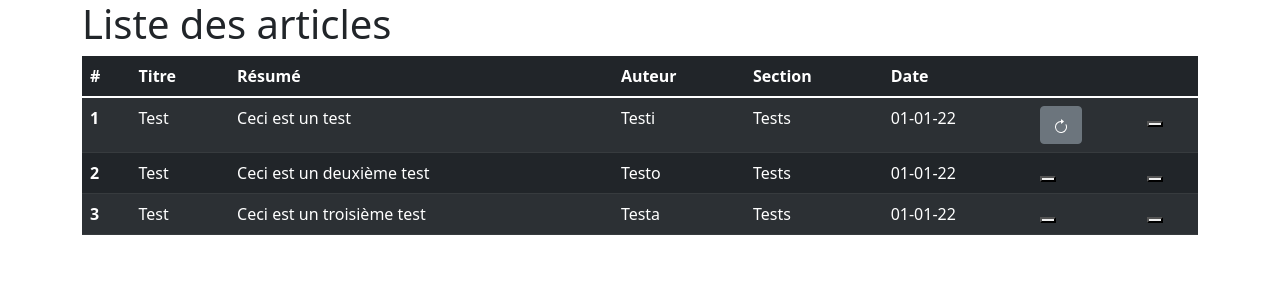
Repository: QuentinFayt/NewsWeb
Page: sources/adminNewsWeb/articlesList.html
An editor plug-in stored every save of this project. The page is shown before and after the next save, followed by the edit.
The browser window is 1280 px wide. The pictures show the whole page.

Above is the page before, as saved 2021-12-23 12:02:31.

### sources/adminNewsWeb/articlesList.html
<!doctype html>
<html lang="fr">

<head>
    <meta charset="utf-8">
    <meta name="viewport" content="width=device-width, initial-scale=1">
    <link href="https://cdn.jsdelivr.net/npm/bootstrap@5.1.3/dist/css/bootstrap.min.css" rel="stylesheet" integrity="sha384-1BmE4kWBq78iYhFldvKuhfTAU6auU8tT94WrHftjDbrCEXSU1oBoqyl2QvZ6jIW3" crossorigin="anonymous">
    <title>Liste des articles</title>
</head>

<body>
    <main class="container">
        <h1>Liste des articles</h1>
        <table class="table table-dark table-striped">
            <thead>
                <tr>
                    <th scope="col">#</th>
                    <th scope="col">Titre</th>
                    <th scope="col">Résumé</th>
                    <th scope="col">Auteur</th>
                    <th scope="col">Section</th>
                    <th scope="col">Date</th>
                    <th scope="col"></th>
                    <th scope="col"></th>
                </tr>
            </thead>
            <tbody>
                <tr>
                    <th scope="row">1</th>
                    <td>Test</td>
                    <td>Ceci est un test</td>
                    <td>Testi</td>
                    <td>Tests</td>
                    <td>01-01-22</td>
                    <td><button type="button" class="btn btn-secondary">
                            <svg xmlns="http://www.w3.org/2000/svg" width="16" height="16" fill="currentColor" class="bi bi-arrow-clockwise" viewBox="0 0 16 16">
                                <path fill-rule="evenodd" d="M8 3a5 5 0 1 0 4.546 2.914.5.5 0 0 1 .908-.417A6 6 0 1 1 8 2v1z"></path>
                                <path d="M8 4.466V.534a.25.25 0 0 1 .41-.192l2.36 1.966c.12.1.12.284 0 .384L8.41 4.658A.25.25 0 0 1 8 4.466z"></path>
                            </svg>
                        </button></td>
                    <td><button></button></td>
                </tr>
                <tr>
                    <th scope="row">2</th>
                    <td>Test</td>
                    <td>Ceci est un deuxième test</td>
                    <td>Testo</td>
                    <td>Tests</td>
                    <td>01-01-22</td>
                    <td><button></button></td>
                    <td><button></button></td>
                </tr>
                <tr>
                    <th scope="row">3</th>
                    <td>Test</td>
                    <td>Ceci est un troisième test</td>
                    <td>Testa</td>
                    <td>Tests</td>
                    <td>01-01-22</td>
                    <td><button></button></td>
                    <td><button></button></td>
                </tr>
            </tbody>
        </table>
    </main>
    <script src="https://cdn.jsdelivr.net/npm/bootstrap@5.1.3/dist/js/bootstrap.bundle.min.js" integrity="sha384-ka7Sk0Gln4gmtz2MlQnikT1wXgYsOg+OMhuP+IlRH9sENBO0LRn5q+8nbTov4+1p" crossorigin="anonymous"></script>
</body>

</html>

After the next save:
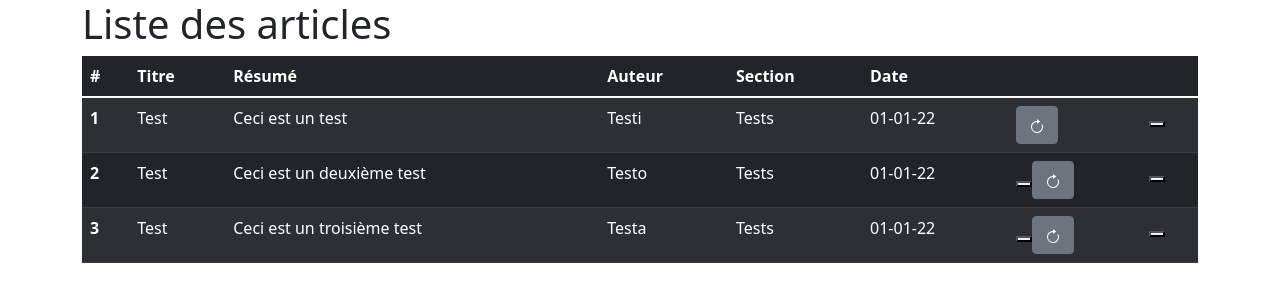
Saved 15 s later.
--- a/sources/adminNewsWeb/articlesList.html
+++ b/sources/adminNewsWeb/articlesList.html
@@ -47,7 +47,12 @@
                     <td>Testo</td>
                     <td>Tests</td>
                     <td>01-01-22</td>
-                    <td><button></button></td>
+                    <td><button><button type="button" class="btn btn-secondary">
+                                <svg xmlns="http://www.w3.org/2000/svg" width="16" height="16" fill="currentColor" class="bi bi-arrow-clockwise" viewBox="0 0 16 16">
+                                    <path fill-rule="evenodd" d="M8 3a5 5 0 1 0 4.546 2.914.5.5 0 0 1 .908-.417A6 6 0 1 1 8 2v1z"></path>
+                                    <path d="M8 4.466V.534a.25.25 0 0 1 .41-.192l2.36 1.966c.12.1.12.284 0 .384L8.41 4.658A.25.25 0 0 1 8 4.466z"></path>
+                                </svg>
+                            </button></button></td>
                     <td><button></button></td>
                 </tr>
                 <tr>
@@ -57,7 +62,12 @@
                     <td>Testa</td>
                     <td>Tests</td>
                     <td>01-01-22</td>
-                    <td><button></button></td>
+                    <td><button><button type="button" class="btn btn-secondary">
+                                <svg xmlns="http://www.w3.org/2000/svg" width="16" height="16" fill="currentColor" class="bi bi-arrow-clockwise" viewBox="0 0 16 16">
+                                    <path fill-rule="evenodd" d="M8 3a5 5 0 1 0 4.546 2.914.5.5 0 0 1 .908-.417A6 6 0 1 1 8 2v1z"></path>
+                                    <path d="M8 4.466V.534a.25.25 0 0 1 .41-.192l2.36 1.966c.12.1.12.284 0 .384L8.41 4.658A.25.25 0 0 1 8 4.466z"></path>
+                                </svg>
+                            </button></button></td>
                     <td><button></button></td>
                 </tr>
             </tbody>
